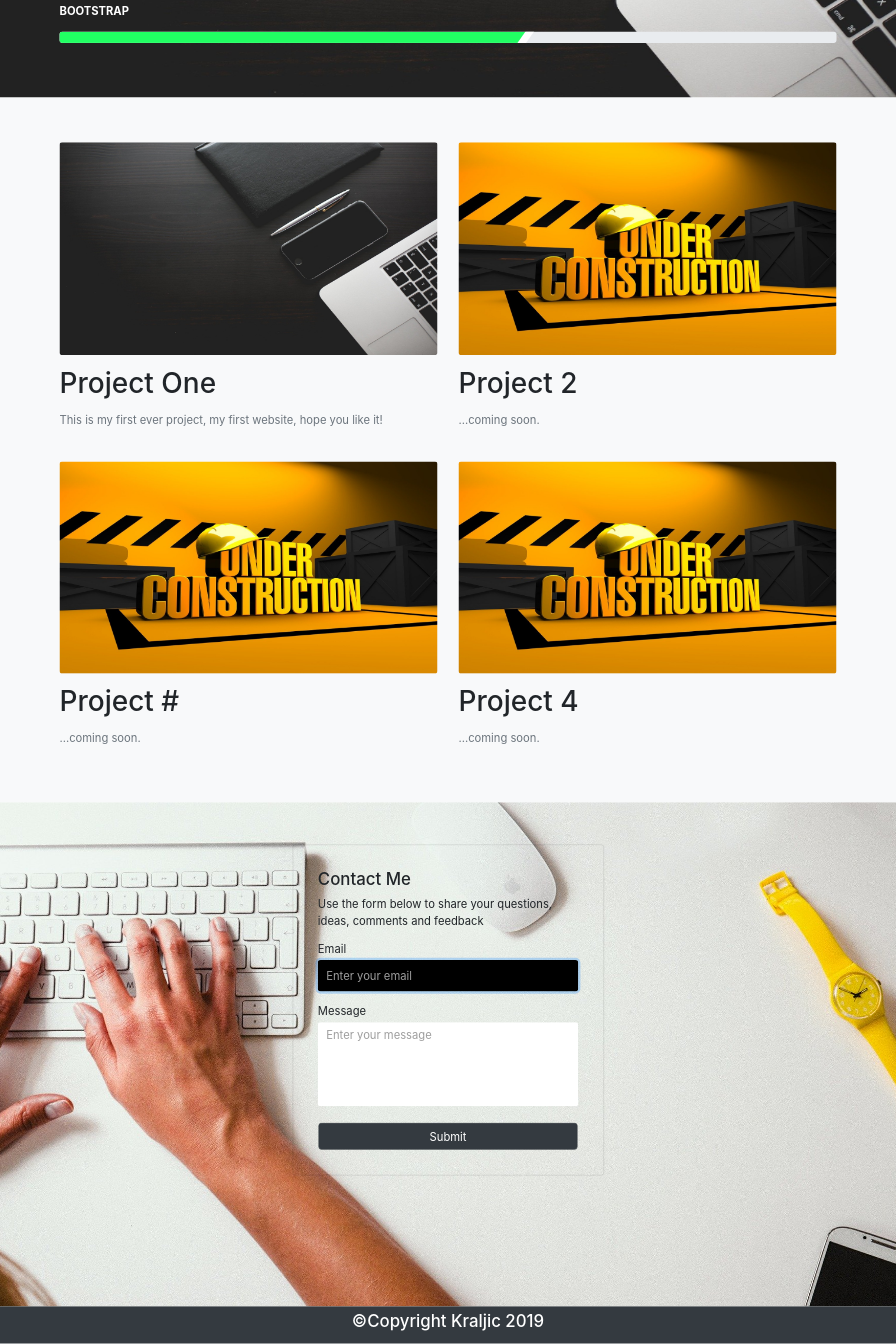
Repository: Kraljiccar/User-Centric-Frontend-Development-Milestone-Project
Page: index.html
The author's editor kept a record of every edit. The page is drawn from the files as they stood at one moment, then again after the next edit.
The browser window is 1280 px wide. The pictures show the part of the page from y = 1625 to 3545 px (the page is 3545 px tall), at 70% of full size.
The first visible `input.input-box` has the focus.
Backgrounds fixed to the window are drawn as part of the page.

Above is the page before.

### index.html
<!DOCTYPE html>
<html lang="en-US">

<head>
    <meta charset="UTF-8">
    <meta name="viewport" content="width=device-width, initial-scale=1.0">
    <meta http-equiv="X-UA-Compatible" content="ie=edge">
    <link rel="stylesheet" href="./assets/css/style.css" type="text/css" />
    <link rel="stylesheet" href="https://stackpath.bootstrapcdn.com/bootstrap/4.3.1/css/bootstrap.min.css" integrity="sha384-ggOyR0iXCbMQv3Xipma34MD+dH/1fQ784/j6cY/iJTQUOhcWr7x9JvoRxT2MZw1T" crossorigin="anonymous">
    <link rel="stylesheet" href="https://stackpath.bootstrapcdn.com/font-awesome/4.7.0/css/font-awesome.min.css" type="text/css" />

    <title>Nemanja Kraljic</title>
</head>

<body data-spy="scroll" data-target="#navbarResponsive">
    <section id="banner">
        <div class="container">
            <div class="row max-viewport align-items-center text-center">
                <div class="col-md-6 ">
                    <h1 class="text-white text-uppercase">Nemanja Kraljic</h1>
                    <h3 class="text-white">-Software developer-</h2>
                </div>
            </div>
        </div>
    </section>
    <!-----about me----->
    <section id="about-me" class="py-5 bg-secondary">
        <div class="container">
            <div class="row align-items-center text-center text-white">
                <div class="col-sm-12 col-md-6 col-lg-4text-white my-3 d-flex">
                    <i class="fa fa-wrench fa-5x mr-3 align-self-center"></i>
                    <div class="inner-text">
                        <h1 class="my-3">Who am I?</h1>
                        <p class="lead">adshfah sadsa dsaopd pksado ndsposadadshfah sadsa dsaopd pksado ndsposadadshfah sadsa dsaopd pksado ndsposadadshfah sadsa dsaopd pksado ndsposadadshfah sadsa dsaopd pksado ndsposadadshfah sadsa dsaopd pksado ndsposadadshfah sadsa
                            dsaopd pksado ndsposad n</p>

                    </div>
                </div>
                <div class="col-sm-12 col-md-6 col-lg-4text-white my-3 d-flex">
                    <i class="fa fa-refresh fa-5x mr-3 align-self-center"></i>
                    <div class="inner-text">
                        <h1 class="my-3">Who am I?</h1>
                        <p class="lead">adshfah sadsa dsaopd pksado ndsposadadshfah sadsa dsaopd pksado ndsposadadshfah sadsa dsaopd pksado ndsposadadshfah sadsa dsaopd pksado ndsposadadshfah sadsa dsaopd pksado ndsposadadshfah sadsa dsaopd pksado ndsposadadshfah sadsa
                            dsaopd pksado ndsposad n</p>

                    </div>
                </div>

            </div>
        </div>

    </section>
    <!-----skills---->
    <section id="skills" class="p-5">
       <div class="naslov">
    <h1 class="mb-5 mt-5"> My Software skills</h1>
</div>
<div class="container">
    <div class="row">
        <div class="col-md-12">
            <h3 class="progress-title">HTML</h3>
            <div class="progress">
                <div class="progress-bar" style="width:78%; background:#97c513;">
                    <div class="progress-value">65%</div>
                </div>
            </div>
            <h3 class="progress-title">CSS</h3>
            <div class="progress">
                <div class="progress-bar" style="width:60%; background:#f2545b;">
                    <div class="progress-value">100%</div>
                </div>
            </div>
            <h3 class="progress-title">JAVASCRIPT</h3>
            <div class="progress">
                <div class="progress-bar" style="width:20%; background:#4286f4;">
                    <div class="progress-value">75%</div>
                </div>
            </div>
            <h3 class="progress-title">BOOTSTRAP</h3>
            <div class="progress">
                <div class="progress-bar" style="width:60%; background:#21ff63;">
                    <div class="progress-value">30%</div>
                </div>
            </div>
        </div>
    </div>
</div>
    </section>

    <section id="projects" class="p-5 bg-light" >
      <div class="container">
        <div class="row">
          <div class="col-sm-6 my-3">
              <img src="assets/images/office.jpg" alt="#" class="img-fluid rounded" alt="picture">
            <h1 class="my-3">Project One</h1>
            <p class="text-muted">This is my first ever project, my first website, hope you like it!</p>
          </div>
          <div class="col-sm-6 my-3">
              <img src="assets/images/under-construction.jpg" alt="#" class="img-fluid rounded" alt="picture">
            <h1 class="my-3">Project 2</h1>
            <p class="text-muted">...coming soon.</p>
          </div>
          <div class="col-sm-6 my-3">
              <img src="assets/images/under-construction.jpg" alt="#" class="img-fluid rounded" alt="picture">
            <h1 class="my-3">Project #</h1>
            <p class="text-muted">...coming soon.</p>
          </div>
          <div class="col-sm-6 my-3">
              <img src="assets/images/under-construction.jpg" alt="#" class="img-fluid rounded" alt="picture">
            <h1 class="my-3">Project 4</h1>
            <p class="text-muted">...coming soon.</p>
          </div>


        </div>
      </div>
    </section>
    <section id="contact">
        <div class="container">
        <div class="row justify justify-content-center">
            <div class="col-11 col-md-8 col-lg-6 col-xl-5">
                <form class="">
                    <div class="card bg-transparent">
                        <div class="row mt-0">
                            <div class="col-md-12 ">
                                <h4 class="">Contact Me</h4>
                                <p>Use the form below to share your questions, ideas, comments and feedback</p>
                            </div>
                        </div>
                        <div class="form-group row mb-3">
                            <div class="col-md-12 mb-0">
                                <p class="mb-1">Email</p> <input id="e-mail" type="text" placeholder="Enter your email" name="email" class="form-control input-box rm-border">
                            </div>
                        </div>
                        <div class="form-group row">
                            <div class="col-md-12 mb-2">
                                <p class="mb-1">Message</p> <textarea id="message" type="text" placeholder="Enter your message" name="message" class="form-control input-box rm-border"></textarea>
                            </div>
                        </div>
                        <div class="form-group row justify-content-center mb-0">
                            <div class="col-md-12 px-3"> <input type="submit" value="Submit" class="btn btn-block btn-dark rm-border"> </div>
                        </div>
                    </div>
                </form>
            </div>
        </div>
    </div>
    </section>
    <section id="footer" class="p-2 bg-dark">
        <div class="container">
            <div class="row">
                <div class="col text-center">
                    <h4 class="text-white text-capiralize">&copy;Copyright Kraljic 2019</h4>
                </div>
            </div>
        </div>

    </section>
    <!-----Script---->
    <script src="https://code.jquery.com/jquery-3.3.1.slim.min.js" integrity="sha384-q8i/X+965DzO0rT7abK41JStQIAqVgRVzpbzo5smXKp4YfRvH+8abtTE1Pi6jizo" crossorigin="anonymous"></script>
    <script src="https://cdnjs.cloudflare.com/ajax/libs/popper.js/1.14.7/umd/popper.min.js" integrity="sha384-UO2eT0CpHqdSJQ6hJty5KVphtPhzWj9WO1clHTMGa3JDZwrnQq4sF86dIHNDz0W1" crossorigin="anonymous"></script>
    <script src="https://stackpath.bootstrapcdn.com/bootstrap/4.3.1/js/bootstrap.min.js" integrity="sha384-JjSmVgyd0p3pXB1rRibZUAYoIIy6OrQ6VrjIEaFf/nJGzIxFDsf4x0xIM+B07jRM" crossorigin="anonymous"></script>
</body>

</html>

### assets/css/style.css
@import url('https://fonts.googleapis.com/css?family=Roboto:400,700&display=swap');

body {
  font-family: 'Roboto', sans-serif;
}

.max-viewport {
  min-height: 100vh;
}

#banner,
#skills {
  background: url("../images/office.jpg"), linear-gradient(rgba(179, 179, 179, 1), rgba(247, 247, 247, 1));
  background-attachment: fixed;
  background-position: center center;
  background-repeat: no-repeat;
  background-size: cover;
}

.naslov {
  color: #fff;
}

.naslov h1 {
  text-align: center
}

.progress-title {
  font-size: 16px;
  font-weight: 700;
  color: #fff;
  margin: 0 0 20px;
}

.progress {
  height: 20px;
  background: #333;
  border-radius: 0;
  box-shadow: none;
  margin-bottom: 30px;
  overflow: visible
}

.progress-value {
  font-size: 20px;
  color: #fff;
}

.progress .progress-bar {
  position: relative;
  -webkit-animation: animate-positive 2s;
  animation: animate-positive 2s
}

.progress .progress-value {
  display: block;
  font-size: 18px;
  font-weight: 500;
  color: black;
  position: absolute;
  top: -30px;
  right: -25px
}

.progress .progress-bar:after {
  content: "";
  display: inline-block;
  width: 10px;
  background: #fff;
  position: absolute;
  top: -10px;
  bottom: -10px;
  right: -5px;
  z-index: 1;
  transform: rotate(35deg)
}

.img-fluid {
  width:100%;
  height:20%;
  background-position: center;
  background-size: cover;
  background-repeat: no-repeat;

}

#contact {
  width: 100%;
  height: 100vh;

  background-image: url(../images/keyboard.jpg);
  background-position: center center;
  background-size: cover;
  background-attachment: fixed;
}
.box {
    margin: auto
}

.card {
    padding: 8%;
    padding-top: 35px;
    margin-top: 60px;
    margin-bottom: 80px
}

textarea[name="message"] {
    resize: none
}

#e-mail {
    height: 45px
}

#message {
    height: 120px
}

input.input-box,
textarea.input-box {
    background-color: #fff;
    border: #616161;
    color: #BDBDBD
}

input.input-box:focus,
textarea.input-box:focus {
    background-color: #000000;
    color: #BDBDBD
}

.rm-border:focus {
    border-color: inherit;
    -webkit-box-shadow: none;
    box-shadow: none
}

form .form-control::-webkit-input-placeholder {
    color: #9E9E9E
}

::-moz-placeholder {
    color: #9E9E9E !important
}

After the next edit:
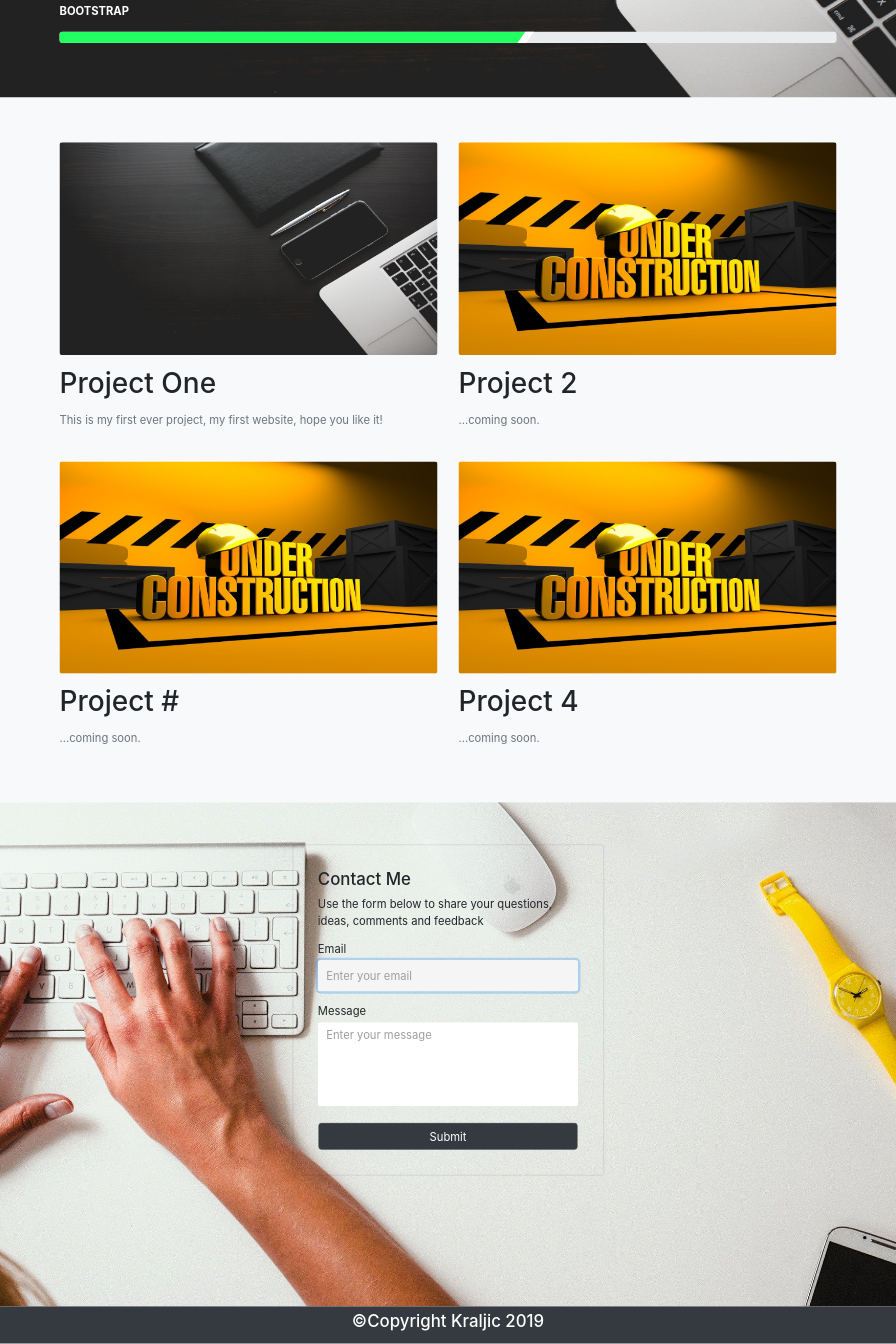
The edit:
--- a/assets/css/style.css
+++ b/assets/css/style.css
@@ -125,7 +125,7 @@
 
 input.input-box:focus,
 textarea.input-box:focus {
-    background-color: #000000;
+    background-color: #F5F5F5;
     color: #BDBDBD
 }
 
